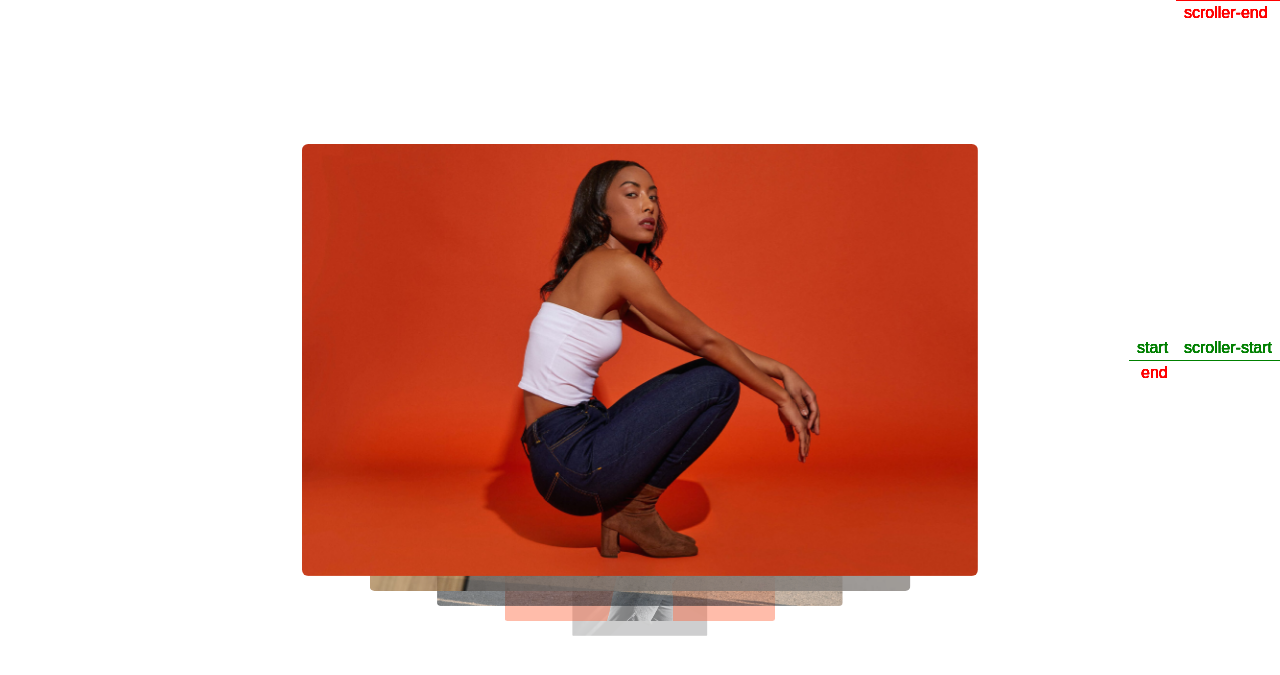
Repository: lwygold/motion
Page: layout/이미지 위로 계속 올라가는레이아웃.html
The author's editor kept a copy of each file at every save. The page is drawn from the files as they stood at one save, then again after the next save.
The browser window is 1280 px wide. The pictures show the window.
A layer covers the whole window, so only the first screen is drawn.

Above is the page before, as saved 2023-02-21 14:04:23.

### layout/이미지 위로 계속 올라가는레이아웃.html
<!DOCTYPE html>
<html lang="ko">

<head>
    <meta http-equiv="Content-Type" content="text/html;charset=utf-8" />
    <meta name="viewport" content="width=device-width, user-scalable=no, target-densitydpi=medium-dpi" />
    <meta name="apple-mobile-web-app-capable" content="yes" />
    <meta name="format-detection" content="telephone=no" />
    <meta http-equiv="X-UA-Compatible" content="IE=edge" />
    <meta http-equiv="x-rim-auto-match" content="none" />
    <link rel="shortcut icon" href="./images/favicon.ico" />
    <link rel="stylesheet" type="text/css" href="../assets/css/slick.css" />
    <link rel="stylesheet" type="text/css" href="../assets/css/common.css" />
    <link rel="stylesheet" type="text/css" href="../assets/css/main.css" />
    <link rel="stylesheet" type="text/css" href="../assets/css/sub.css" />
    <title>테스트</title>
    <script src="../assets/js/jquery-3.3.1.min.js"></script>
    <script src="../assets/js/jquery-ui.min.js"></script>
    <script src="../assets/js/slick.min.js"></script>
    <script src="../assets/js/gsap.js"></script>
    <script src="../assets/js/gsap_scroll_trigger.js"></script>
    <script src="../assets/js/green.js"></script>
    <script src="../assets/js/common.js"></script>
    <script src="../assets/js/main.js"></script>
    <script src="../assets/js/sub.js"></script>
</head>

<style>
    section {
        width: 100vw;
        height: 100vh;
    }

    section ul {
        align-items: center;
        display: flex;
        height: 100%;
        justify-content: center;
        left: 0;
        position: fixed;
        top: 0;
        width: 100%;
        max-height: 100vh;
    }

    section ul li {
        border-radius: 0.4861111111vw;
        cursor: pointer;
        height: 60vh;
        overflow: hidden;
        position: absolute;
        -webkit-transform-origin: bottom;
        transform-origin: bottom;
        width: 52.7777777744vw;
        will-change: transform, opacity;
    }



    section ul li:nth-child(1) {
        z-index: 5;
    }

    section ul li:nth-child(2) {
        z-index: 4;
    }

    section ul li:nth-child(3) {
        z-index: 3;
    }

    section ul li:nth-child(4) {
        z-index: 2;
    }

    section ul li:nth-child(5) {
        z-index: 1;
    }


    section ul li div {
        height: 100%;
        -webkit-transform: none;
        transform: none;
        transition: -webkit-transform 1.2s cubic-bezier(.165, .84, .44, 1);
        transition: transform 1.2s cubic-bezier(.165, .84, .44, 1);
        transition: transform 1.2s cubic-bezier(.165, .84, .44, 1), -webkit-transform 1.2s cubic-bezier(.165, .84, .44, 1);
        width: 100%;
        will-change: transform;
    }

    section ul li div img {
        height: 100%;
        -o-object-fit: cover;
        object-fit: cover;
        -o-object-position: center;
        object-position: center;
        width: 100%;
        -webkit-transform: none;
        transform: none;
        -webkit-transform-origin: center;
        transform-origin: center;
        transition: -webkit-transform 1.6s cubic-bezier(.165, .84, .44, 1);
        transition: transform 1.6s cubic-bezier(.165, .84, .44, 1);
        transition: transform 1.6s cubic-bezier(.165, .84, .44, 1), -webkit-transform 1.6s cubic-bezier(.165, .84, .44, 1);
        width: 100%;
        will-change: transform;
    }

    section ul li div img:hover {
        -webkit-transform: scale(1.1);
        transform: scale(1.1);
    }
</style>

<body>

    <section class="s1">
        <ul>
            <li class="panel s1-1 panel_first">
                <div>
                    <img src="./images/1.jpg" alt="">
                </div>
            </li>
            <li class="panel s1-2">
                <div>
                    <img src="./images/2.jpg" alt="">
                </div>
            </li>
            <li class="panel s1-3">
                <div>
                    <img src="./images/3.jpg" alt="">
                </div>
            </li>
            <li class="panel s1-4">
                <div>
                    <img src="./images/4.jpg" alt="">
                </div>
            </li>
            <li class="panel s1-5">
                <div>
                    <img src="./images/5.jpg" alt="">
                </div>
            </li>
            <li class="panel s1-6">
                <div>
                    <img src="./images/6.jpg" alt="">
                </div>
            </li>
        </ul>
    </section>


    <script>

        const $ul = $('ul');
        const $li = $('ul li');
        const li_cnt = $('ul li').length;

        $li.each((i, e) => {
            $(e).css("transform", "translateY(" + i * 15 + "px) scale(" + (1 - (0.1 * (i * (2)))) + ")");
            $(e).css("opacity", 1 - (0.1 * (i * (2))));
            $(e).attr("filter", "grayscale(" + i * 33 + "%);");
        });



        $(function () {

            gsap.registerPlugin(ScrollTrigger);

            let panels = gsap.utils.toArray(".panel");

            let tl1 = gsap.timeline({
                scrollTrigger: {
                    trigger: $ul,
                    start: "center center",
                    end: 'center 0%',
                    pin: true,
                    scrub: true,
                    markers: true,
                }
            });

            let tl2 = gsap.timeline({
                scrollTrigger: {
                    trigger: 'section',
                    start: "center center",
                    end: 'center 0%',
                    pin: true,
                    scrub: true,
                    markers: true,
                }
            });

            let tl3 = gsap.timeline({
                scrollTrigger: {
                    trigger: 'section',
                    start: "center center",
                    end: 'center 0%',
                    pin: true,
                    scrub: true,
                    markers: true,
                }
            });

            let tl4 = gsap.timeline({
                scrollTrigger: {
                    trigger: 'section',
                    start: "center center",
                    end: 'center 0%',
                    pin: true,
                    scrub: true,
                    markers: true,
                }
            });

            let tl5 = gsap.timeline({
                scrollTrigger: {
                    trigger: 'section',
                    start: "center center",
                    end: 'center 0%',
                    pin: true,
                    scrub: true,
                    markers: true,
                }
            });

            let tl6 = gsap.timeline({
                scrollTrigger: {
                    trigger: 'section',
                    start: "center center",
                    end: 'center 0%',
                    pin: true,
                    scrub: true,
                    markers: true,
                }
            });


            panels.forEach((panel, i) => {

                tl1.to(panel, {
                    yPercent: -150,
                });


            });


            tl2.to('.s1-2', {
                y:0,
                opacity:1,
                scale:1,
            }).to('.s1-3', {
                y:0,
                opacity:1,
                scale:1,
            }).to('.s1-4', {
                y:0,
                opacity:1,
                scale:1,
            }).to('.s1-5', {
                y:0,
                opacity:1,
                scale:1,
            }).to('.s1-6', {
                y:0,
                opacity:1,
                scale:1,
            });

            tl3.to('.s1-3', {
                y: 15+"px",
                opacity: 0.8,
                scale: 0.8,
            }).to('.s1-4', {
                y: 15+"px",
                opacity: 0.8,
                scale: 0.8,
            }).to('.s1-5', {
                y: 15+"px",
                opacity: 0.8,
                scale: 0.8,
            }).to('.s1-6', {
                y: 15+"px",
                opacity: 0.8,
                scale: 0.8,
            });

            tl4.to('.s1-4', {
                y: 30+"px",
                opacity: 0.6,
                scale: 0.6,
            }).to('.s1-5', {
                y: 30+"px",
                opacity: 0.6,
                scale: 0.6,
            }).to('.s1-6', {
                y: 30+"px",
                opacity: 0.6,
                scale: 0.6,
            });

            tl5.to('.s1-5', {
                y: 45+"px",
                opacity: 0.4,
                scale: 0.4,
            }).to('.s1-6', {
                y: 45+"px",
                opacity: 0.4,
                scale: 0.4,
            });

            tl6.to('.s1-6', {
                y: 60+"px",
                opacity: 0.2,
                scale: 0.2,
            });

















        });

    </script>
</body>

</html>

### assets/css/main.css
body {
 font-size:0;
}


section.section4 {
 height: 400vh;
}

.header-section {
 padding: 0 15px;
 text-align: center;
 margin: 0;
 height: 100vh;
 color: #000;
 font-size: 35px;
 display: flex;
 align-items: center;
 justify-content: center;
}

.nav {
 display: flex;
 position: fixed;
 right:100px;
 top:50%;
 transform: translateY(-50%);
 z-index: 11;
}

.nav > div {
 position: relative;
 width: 2px;
 height: 55px;
 background: transparent;
 z-index: 1;
}

.nav > div:after {
 content:'';
 position: absolute;
 left:0;
 top:0;
 width:3px;
 height: 55px;
 background: rgba(255,255,255, 0.3);
 z-index: 2;
}

.nav div > div {
 position: absolute;
 left:0;
 top:0;
 width:2px;
 height:0;
 background: #fff;
}


.gridBlock {
 opacity: 0;
}


/* Grid almost fully pulled from https://www.rino-pelle.com/ */
.grid-container {
 width: 100vw;
 height: 400vh;
 position: relative;
}
.grid {
 top: 0;
 left: 0;
 z-index: 1;
 width: 70vw;
 height: 60vw;
 margin: 0 calc(100vw / 20 * 3);
 position: absolute;

}
@media only screen and (max-width: 580px) {
 .grid {
 margin: 0;
 width: 100vw;
 height: 89.444vw;
}
}
.gridBlock {
 background-size: cover;
 background-color: darkgray;
}
.gridLayer {
 top: 0;
 left: 0;
 width: 100%;
 height: 100%;
 position: absolute;
 will-change: transform;
 transform-origin: 44.951% 50%;
}
.gridLayer:nth-child(1) .gridBlock {
 top: 5vw;
 left: 20vw;
 width: 10vw;
 height: 10vw;
}
@media only screen and (max-width: 580px) {
 .gridLayer:nth-child(1) .gridBlock {
 top: 11.111vw;
 left: 23.889vw;
 width: 15vw;
 height: 15vw;
}
}
.gridLayer:nth-child(2) .gridBlock {
 top: 0;
 left: 32.5vw;
 width: 15vw;
 height: 15vw;
}
@media only screen and (max-width: 580px) {
 .gridLayer:nth-child(2) .gridBlock {
 top: 0;
 left: 43.333vw;
 width: 26.389vw;
 height: 26.389vw;
}
}
.gridLayer:nth-child(3) .gridBlock {
 left: 0;
 top: 25vw;
 width: 15vw;
 height: 15vw;
}
@media only screen and (max-width: 580px) {
 .gridLayer:nth-child(3) .gridBlock {
 top: 30.278vw;
 left: 0;
 width: 26.389vw;
 height: 26.389vw;
}
}
.gridLayer:nth-child(4) .gridBlock {
 top: 17.5vw;
 left: 17.5vw;
 width: 30vw;
 height: 30vw;
}
@media only screen and (max-width: 580px) {
 .gridLayer:nth-child(4) .gridBlock {
 top: 30.278vw;
 left: 30.278vw;
 width: 39.444vw;
 height: 39.444vw;
}
}
.gridLayer:nth-child(5) {
 z-index: 1;
}
.gridLayer:nth-child(5) .gridBlock {
 top: 20vw;
 left: 50vw;
 width: 5vw;
 height: 5vw;
}
@media only screen and (max-width: 580px) {
 .gridLayer:nth-child(5) .gridBlock {
 top: 23.889vw;
 left: 73.889vw;
 width: 15.278vw;
 height: 15.278vw;
}
}
.gridLayer:nth-child(5) a {
 height: 100%;
 display: flex;
 align-items: center;
 justify-content: center;
}
.gridLayer:nth-child(5) svg {
 width: 1.75vw;
}
@media only screen and (max-width: 580px) {
 .gridLayer:nth-child(5) svg {
 width: 4.722vw;
}
}
.gridLayer:nth-child(6) .gridBlock {
 left: 50vw;
 top: 27.5vw;
 width: 20vw;
 height: 20vw;
}
@media only screen and (max-width: 580px) {
 .gridLayer:nth-child(6) .gridBlock {
 top: 43.889vw;
 left: 73.889vw;
 width: 26.389vw;
 height: 26.389vw;
}
}
.gridLayer:nth-child(7) .gridBlock {
 left: 10vw;
 top: 42.5vw;
 width: 5vw;
 height: 5vw;
}
@media only screen and (max-width: 580px) {
 .gridLayer:nth-child(7) .gridBlock {
 display: none;
}
}
.gridLayer:nth-child(8) .gridBlock {
 bottom: 5vw;
 left: 42.5vw;
 width: 5vw;
 height: 5vw;
}
@media only screen and (max-width: 580px) {
 .gridLayer:nth-child(8) .gridBlock {
 display: none;
}
}
.gridLayer:nth-child(9) .gridBlock {
 bottom: 0;
 left: 50vw;
 width: 10vw;
 height: 10vw;
}
@media only screen and (max-width: 580px) {
 .gridLayer:nth-child(9) .gridBlock {
 top: 73.889vw;
 left: 58.889vw;
 width: 15.278vw;
 height: 15.278vw;
}
}
.gridBlock {
 display: block;
 position: absolute;
}



@media only screen and (max-width: 640px) {

}

### assets/css/sub.css

@media only screen and (max-width: 640px) {

}

Loaded but not shown: assets/css/slick.css (common file); assets/js/jquery-3.3.1.min.js (library); assets/js/jquery-ui.min.js (library); assets/js/slick.min.js (library); assets/js/gsap.js (library); assets/js/gsap_scroll_trigger.js (library); assets/js/green.js (187 lines, source omitted); assets/js/common.js (7 lines, source omitted); assets/js/main.js (5 lines, source omitted); assets/js/sub.js (3 lines, source omitted); assets/css/common.css (608 lines, source omitted)

After the next save:
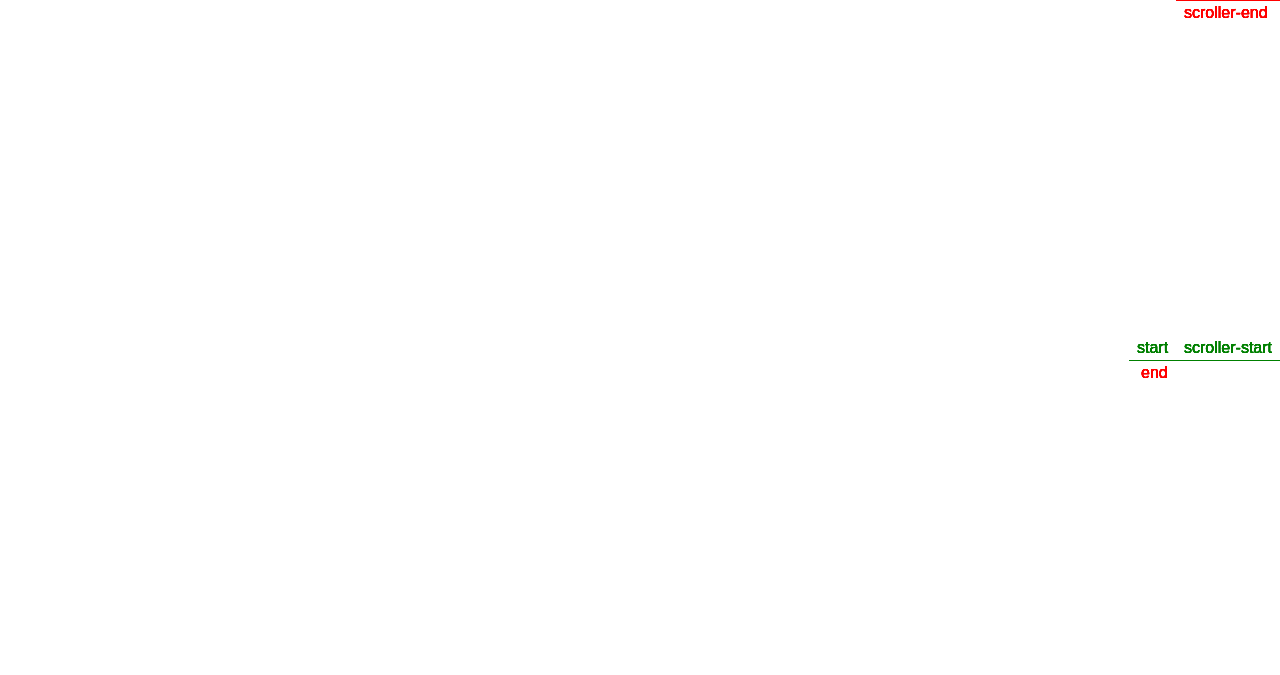
Saved 8 s later.
--- a/layout/이미지 위로 계속 올라가는레이아웃.html
+++ b/layout/이미지 위로 계속 올라가는레이아웃.html
@@ -177,7 +177,6 @@
                     start: "center center",
                     end: 'center 0%',
                     pin: true,
-                    scrub: true,
                     markers: true,
                 }
             });
@@ -188,7 +187,6 @@
                     start: "center center",
                     end: 'center 0%',
                     pin: true,
-                    scrub: true,
                     markers: true,
                 }
             });
@@ -199,7 +197,6 @@
                     start: "center center",
                     end: 'center 0%',
                     pin: true,
-                    scrub: true,
                     markers: true,
                 }
             });
@@ -210,7 +207,6 @@
                     start: "center center",
                     end: 'center 0%',
                     pin: true,
-                    scrub: true,
                     markers: true,
                 }
             });
@@ -221,7 +217,6 @@
                     start: "center center",
                     end: 'center 0%',
                     pin: true,
-                    scrub: true,
                     markers: true,
                 }
             });
@@ -232,7 +227,6 @@
                     start: "center center",
                     end: 'center 0%',
                     pin: true,
-                    scrub: true,
                     markers: true,
                 }
             });

After the save that followed:
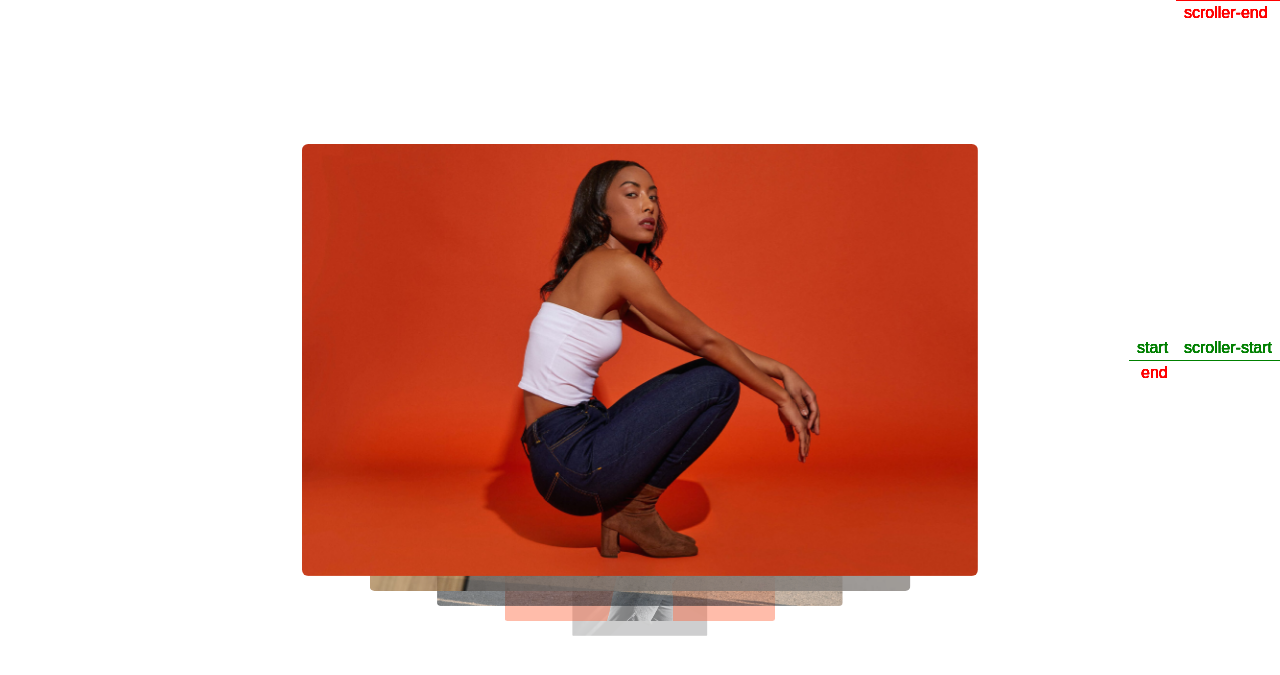
Saved 9 s later.
--- a/layout/이미지 위로 계속 올라가는레이아웃.html
+++ b/layout/이미지 위로 계속 올라가는레이아웃.html
@@ -177,6 +177,7 @@
                     start: "center center",
                     end: 'center 0%',
                     pin: true,
+                    scrub: true,
                     markers: true,
                 }
             });
@@ -187,6 +188,7 @@
                     start: "center center",
                     end: 'center 0%',
                     pin: true,
+                    scrub: true,
                     markers: true,
                 }
             });
@@ -197,6 +199,7 @@
                     start: "center center",
                     end: 'center 0%',
                     pin: true,
+                    scrub: true,
                     markers: true,
                 }
             });
@@ -207,6 +210,7 @@
                     start: "center center",
                     end: 'center 0%',
                     pin: true,
+                    scrub: true,
                     markers: true,
                 }
             });
@@ -217,6 +221,7 @@
                     start: "center center",
                     end: 'center 0%',
                     pin: true,
+                    scrub: true,
                     markers: true,
                 }
             });
@@ -227,6 +232,7 @@
                     start: "center center",
                     end: 'center 0%',
                     pin: true,
+                    scrub: true,
                     markers: true,
                 }
             });
